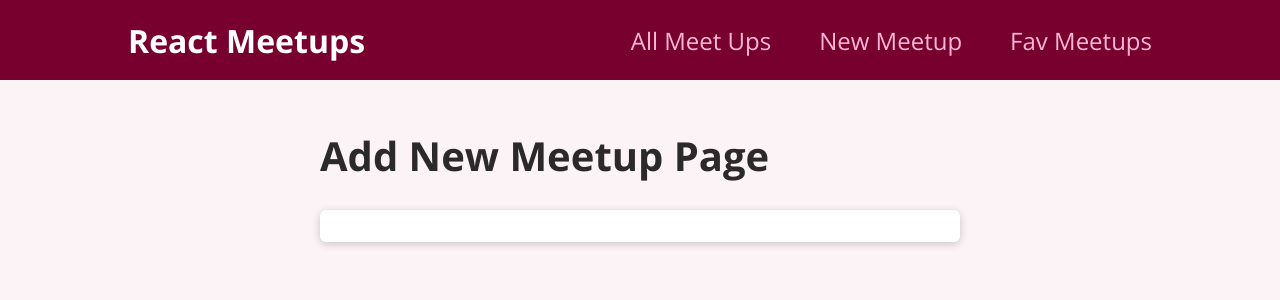
Repository: portretrieve/react-meetup-app
Page: /meet
The author's editor kept a copy of each file at every save. The page is drawn from the files as they stood at one save, then again after the next save.
The browser window is 1280 px wide. The pictures show the whole page.
The project was rebuilt for these pictures with package versions that can differ from the ones it lists, and the page was loaded fresh each time. A package was used in the major version that the imports need, not the one package.json lists. Also part of the build but not shown: src/components/meetups/MeetupList.module.css, src/components/meetups/Meetupitem.module.css, src/components/meetups/MeetupItem.js, src/components/meetups/MeetupList.js, src/pages/AllMeetups.js, src/pages/Favourites.js.

Above is the page before, as saved 2021-08-19 01:05:51.

After the next save:
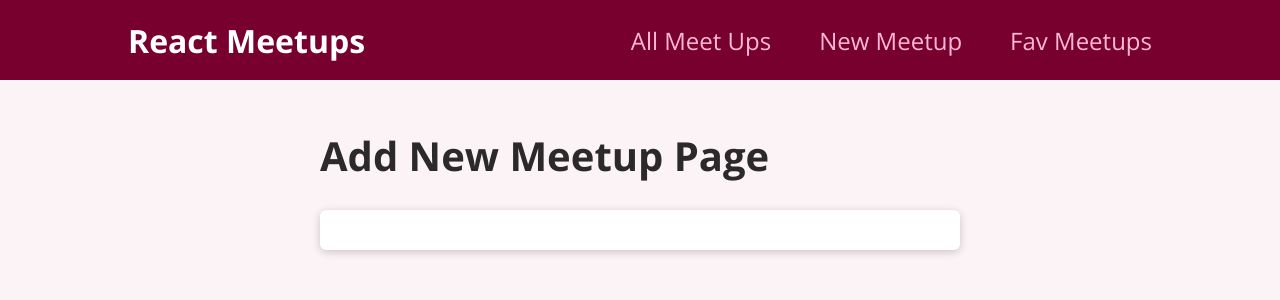
Saved 16 s later.
--- a/src/components/meetups/NewMeetupForm.js
+++ b/src/components/meetups/NewMeetupForm.js
@@ -4,7 +4,9 @@ import Card from "../userInterface/Card";
 function NewMeetupForm() {
   return (
     <Card>
-      <form className={classes.form}></form>
+      <form className={classes.form}>
+        <div className={classes.control}></div>
+      </form>
     </Card>
   );
 }
